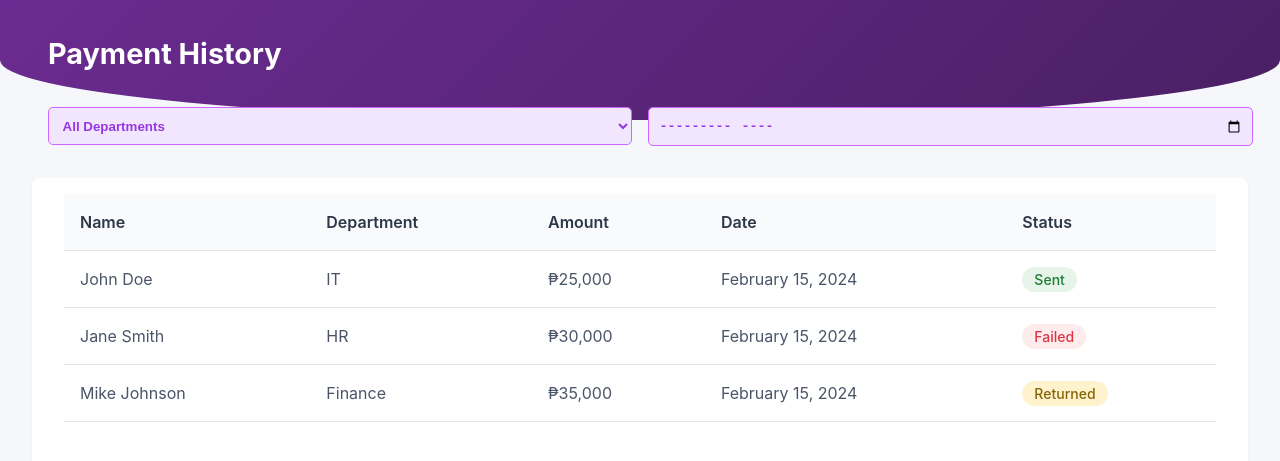
Repository: nino-pixel/payrolllatest
Page: /view_payment_history (app in web_vue/)
The author's editor kept a copy of each file at every save. The page is drawn from the files as they stood at one save, then again after the next save.
The browser window is 1280 px wide. The pictures show the whole page.
The project was rebuilt for these pictures with package versions that can differ from the ones it lists, and the page was loaded fresh each time. Also part of the build but not shown: web_vue/vite.config.js, web_vue/src/components/login_page.vue, web_vue/src/components/sign_up.vue, web_vue/src/components/dashboard.vue, web_vue/src/components/employee_management.vue, web_vue/src/components/attendance_management.vue, web_vue/src/components/generate_payroll.vue, web_vue/src/components/mark_attendance_manually.vue.

Above is the page before, as saved 2024-12-19 10:52:56.

After the next save:
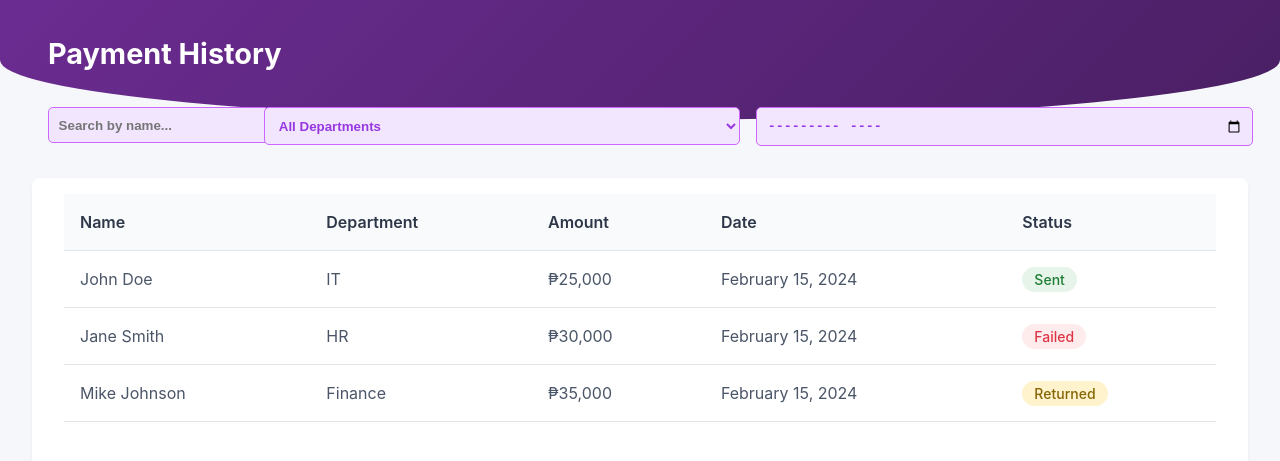
Saved 2 min 45 s later.
--- a/web_vue/src/components/view_payment_history.vue
+++ b/web_vue/src/components/view_payment_history.vue
@@ -10,23 +10,33 @@
 
         <!-- Search and Filter Section -->
         <div class="search-section">
-          <div class="filter-box">
-            <select v-model="departmentFilter" class="purple-select">
-              <option value="">All Departments</option>
-              <option value="HR">HR</option>
-              <option value="IT">IT</option>
-              <option value="Finance">Finance</option>
-              <option value="Marketing">Marketing</option>
-            </select>
-          </div>
-          <div class="date-filter">
-            <input
-              type="month"
-              v-model="dateFilter"
-              class="purple-input"
-            >
-          </div>
-        </div>
+    <!-- Add Name Search -->
+    <div class="search-box">
+      <input
+        type="text"
+        v-model="searchQuery"
+        placeholder="Search by name..."
+        class="purple-input"
+      >
+    </div>
+    <div class="filter-box">
+      <select v-model="departmentFilter" class="purple-select">
+        <option value="">All Departments</option>
+        <option value="HR">HR</option>
+        <option value="IT">IT</option>
+        <option value="Finance">Finance</option>
+        <option value="Marketing">Marketing</option>
+      </select>
+    </div>
+    <div class="date-filter">
+      <input
+        type="month"
+        v-model="dateFilter"
+        class="purple-input"
+      >
+    </div>
+  </div>
+
 
         <!-- Payment Table -->
         <div class="table-container">
